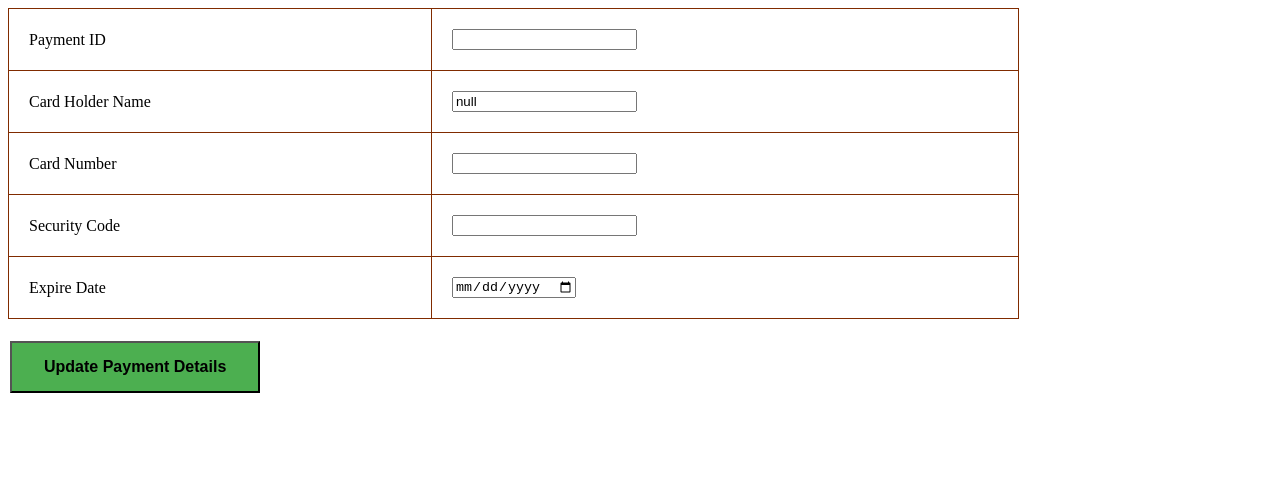
Repository: sandeepa9803/OOP---Online-Travel-web-application
Page: http://localhost/PaymentNew/updatepayment.jsp
The author's editor kept a copy of each file at every save. The page is drawn from the files as they stood at one save, then again after the next save.
The browser window is 1280 px wide. The pictures show the whole page.
The page is served by Tomcat 9. Other server files are loaded and not shown.

Above is the page before, as saved 2021-10-11 16:50:51.

### PaymentNew/WebContent/updatepayment.jsp
<%@ page language="java" contentType="text/html; charset=ISO-8859-1"
    pageEncoding="ISO-8859-1"%>
<!DOCTYPE html>
<html>
<head>

    <style>

table, td, th {
  border: 1px solid #802b00;
  text-align: left;
}

table {
  border-collapse: collapse;
  width: 80%;
}

th, td {
  padding: 20px;
}


.button {
  background-color: #4CAF50;
  border: 1;
  color: black;
  padding: 15px 32px;
  text-align: center;
  text-decoration: none;
   font-weight: bold;
  display: inline-block;
  font-size: 16px;
  margin: 4px 2px;
  cursor: pointer;
}



</style>



<meta charset="ISO-8859-1">
<title>Insert title here</title>
</head>
<body>

   <%
      String PaymentID=request.getParameter("PaymentID");
      String CardHoldersName=request.getParameter("CardHoldersName");
      String CardNumber=request.getParameter("CardNumber");
      String SecurityCode = request.getParameter("SecurityCode");
      String ExpireDate=request.getParameter("ExpireDate");
   %>

    <form action="update" method ="post" >
    <table>
     <tr>
     <td>  Payment ID </td>
     <td> <input type ="number" name="paymentid" value="<%=PaymentID%>" readonly></td>
     </tr>

     <tr>
     <td> Card Holder Name </td>
     <td><input type ="text" name="cardholder" value="<%=CardHoldersName%>"></td>
     </tr>

     <tr>
     <td> Card Number </td>
     <td> <input type ="number" name="cardnum" value="<%=CardNumber%>"></td>
     </tr>

     <tr>
     <td> Security Code </td>
     <td><input type ="number" name="cvcnum" value="<%=SecurityCode%>"> </td>
     </tr>

    <tr>
    <td> Expire Date </td>
    <td><input type ="date" name="date" value="<%=ExpireDate%>"> </td>
    </tr>
    </table>
    <br>

    <input type ="submit" name="submit" value="Update Payment Details" class ="button" >
    </form>

</body>
</html>

After the next save:
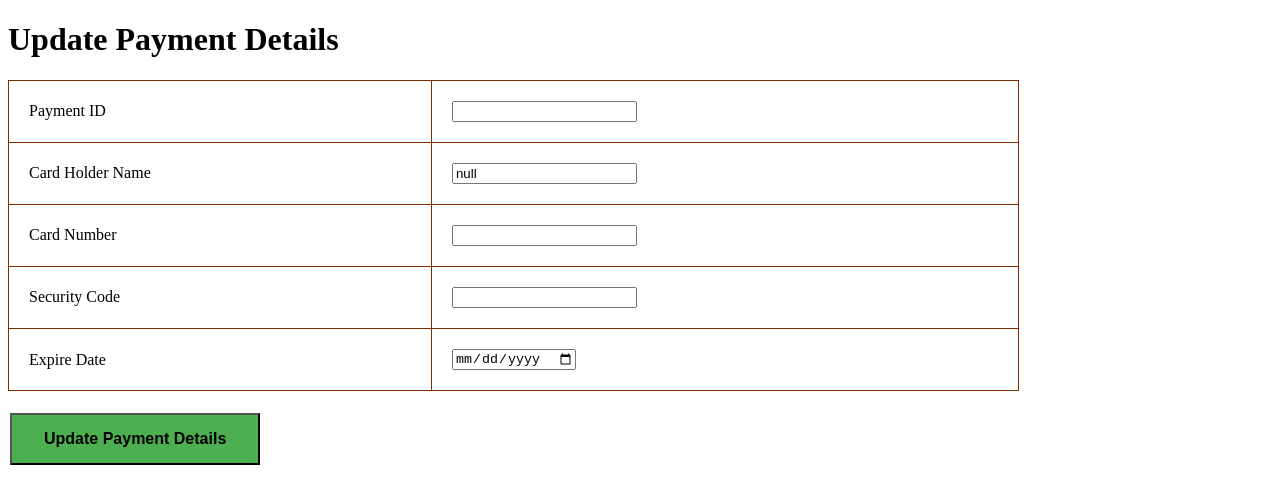
Saved 2 min 53 s later.
--- a/PaymentNew/WebContent/updatepayment.jsp
+++ b/PaymentNew/WebContent/updatepayment.jsp
@@ -46,6 +46,8 @@ th, td {
 </head>
 <body>
 
+<h1>Update Payment Details</h1>
+
    <%
       String PaymentID=request.getParameter("PaymentID");
       String CardHoldersName=request.getParameter("CardHoldersName");
